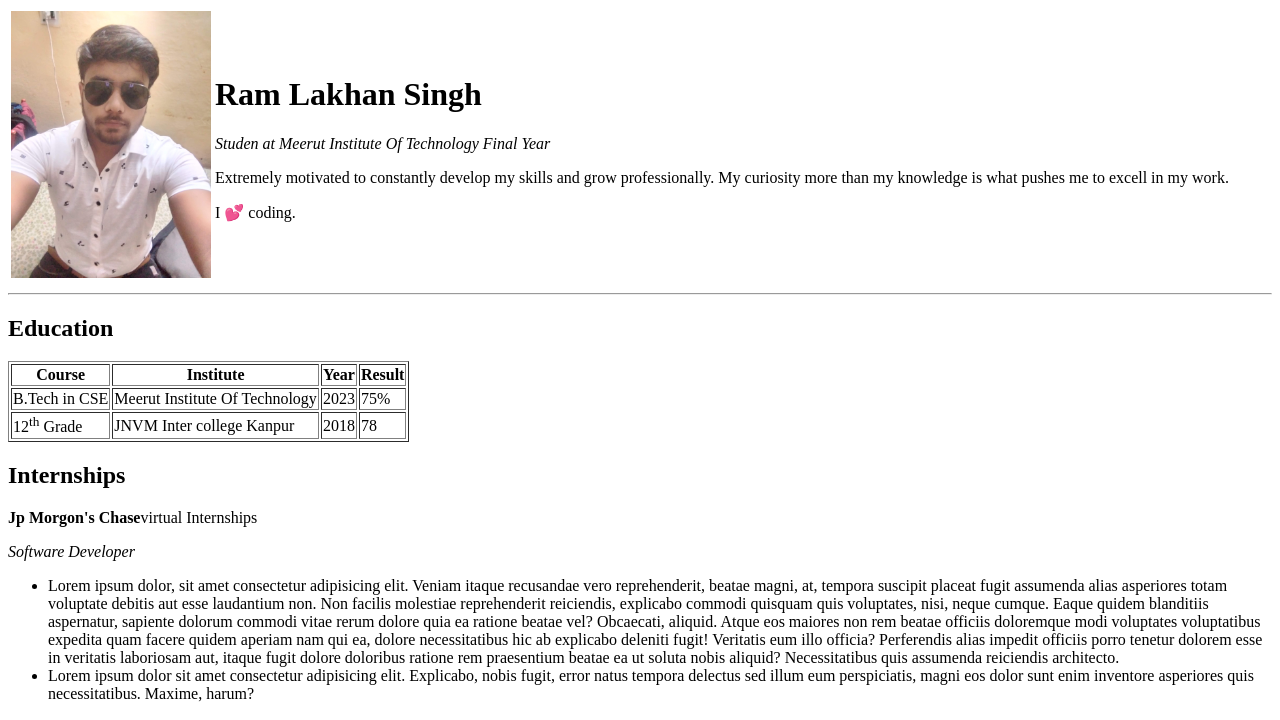
Repository: ramlakhan1/resume1
Page: resume.html
An editor plug-in stored every save of this project. The page is shown before and after a run of saves, followed by the edit.
The browser window is 1280 px wide. The pictures show the whole page.

Above is the page before, as saved 2022-11-05 14:29:02.

### resume.html
<!DOCTYPE html>
<html lang="en">
<head>
    <meta charset="UTF-8">
    <meta http-equiv="X-UA-Compatible" content="IE=edge">
    <meta name="viewport" content="width=device-width, initial-scale=1.0">
    <title>Ram's Resume</title>
</head>
<body>
    <table>
        <tr>
            <td> <img width="200" src="2.jpg" alt="Ram Lakhan photo"></td>
            <td> <h1>Ram Lakhan Singh</h1>
                <p><i>Studen at Meerut Institute Of Technology Final Year</i></p>
                <p>Extremely motivated to constantly develop my skills and grow professionally. My curiosity more than my knowledge is what pushes me
                    to excell in my work.</p>
                    <p>I 💕 coding.</p></td>
        </tr>
    </table>


        <hr>

        <!-- Header ends -->
        <h2>Education</h2>
        <table border=" ">
            <tr>
                <th>Course</th>
                <th>Institute</th>
                <th>Year</th>
                <th>Result</th>
            </tr>
            <tr>
                <td>B.Tech in CSE</td>
                <td>Meerut Institute Of Technology</td>
                <td>2023</td>
                <td>75%</td>
            </tr>
            <tr>
                <td>12<sup>th</sup> Grade</td>
                <td>JNVM Inter college Kanpur</td>
                <td>2018</td>
                <td>78</td>
            </tr>
        </table>

        <h2>Internships</h2>
        <p><strong>Jp Morgon's Chase</strong>virtual Internships</p>
        <p><i>Software Developer</i></p>
        <ul>
            <li>Lorem ipsum dolor, sit amet consectetur adipisicing elit. Veniam itaque recusandae vero reprehenderit, beatae magni, at, tempora suscipit placeat fugit assumenda alias asperiores totam voluptate debitis aut esse laudantium non.
            Non facilis molestiae reprehenderit reiciendis, explicabo commodi quisquam quis voluptates, nisi, neque cumque. Eaque quidem blanditiis aspernatur, sapiente dolorum commodi vitae rerum dolore quia ea ratione beatae vel? Obcaecati, aliquid.
            Atque eos maiores non rem beatae officiis doloremque modi voluptates voluptatibus expedita quam facere quidem aperiam nam qui ea, dolore necessitatibus hic ab explicabo deleniti fugit! Veritatis eum illo officia?
            Perferendis alias impedit officiis porro tenetur dolorem esse in veritatis laboriosam aut, itaque fugit dolore doloribus ratione rem praesentium beatae ea ut soluta nobis aliquid? Necessitatibus quis assumenda reiciendis architecto.</li>
            <li>Lorem ipsum dolor sit amet consectetur adipisicing elit. Explicabo, nobis fugit, error natus tempora delectus sed illum eum perspiciatis, magni eos dolor sunt enim inventore asperiores quis necessitatibus. Maxime, harum?</li>
        </ul>

</body>
</html>

After the next 2 saves:
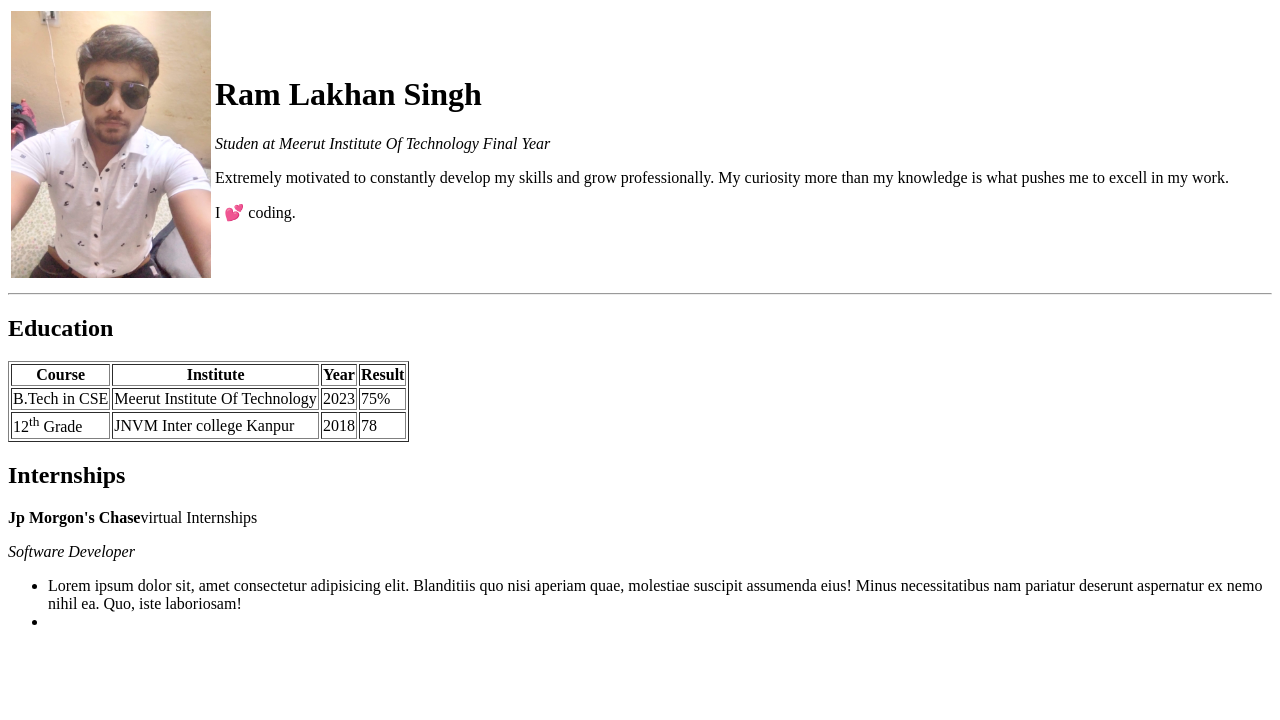
The 2 saves are shown as one change because they came seconds apart.
The last was saved 11 s later.
--- a/resume.html
+++ b/resume.html
@@ -48,11 +48,8 @@
         <p><strong>Jp Morgon's Chase</strong>virtual Internships</p>
         <p><i>Software Developer</i></p>
         <ul>
-            <li>Lorem ipsum dolor, sit amet consectetur adipisicing elit. Veniam itaque recusandae vero reprehenderit, beatae magni, at, tempora suscipit placeat fugit assumenda alias asperiores totam voluptate debitis aut esse laudantium non.
-            Non facilis molestiae reprehenderit reiciendis, explicabo commodi quisquam quis voluptates, nisi, neque cumque. Eaque quidem blanditiis aspernatur, sapiente dolorum commodi vitae rerum dolore quia ea ratione beatae vel? Obcaecati, aliquid.
-            Atque eos maiores non rem beatae officiis doloremque modi voluptates voluptatibus expedita quam facere quidem aperiam nam qui ea, dolore necessitatibus hic ab explicabo deleniti fugit! Veritatis eum illo officia?
-            Perferendis alias impedit officiis porro tenetur dolorem esse in veritatis laboriosam aut, itaque fugit dolore doloribus ratione rem praesentium beatae ea ut soluta nobis aliquid? Necessitatibus quis assumenda reiciendis architecto.</li>
-            <li>Lorem ipsum dolor sit amet consectetur adipisicing elit. Explicabo, nobis fugit, error natus tempora delectus sed illum eum perspiciatis, magni eos dolor sunt enim inventore asperiores quis necessitatibus. Maxime, harum?</li>
+            <li>Lorem ipsum dolor sit, amet consectetur adipisicing elit. Blanditiis quo nisi aperiam quae, molestiae suscipit assumenda eius! Minus necessitatibus nam pariatur deserunt aspernatur ex nemo nihil ea. Quo, iste laboriosam!</li>
+            <li></li>
         </ul>
 
 </body>
